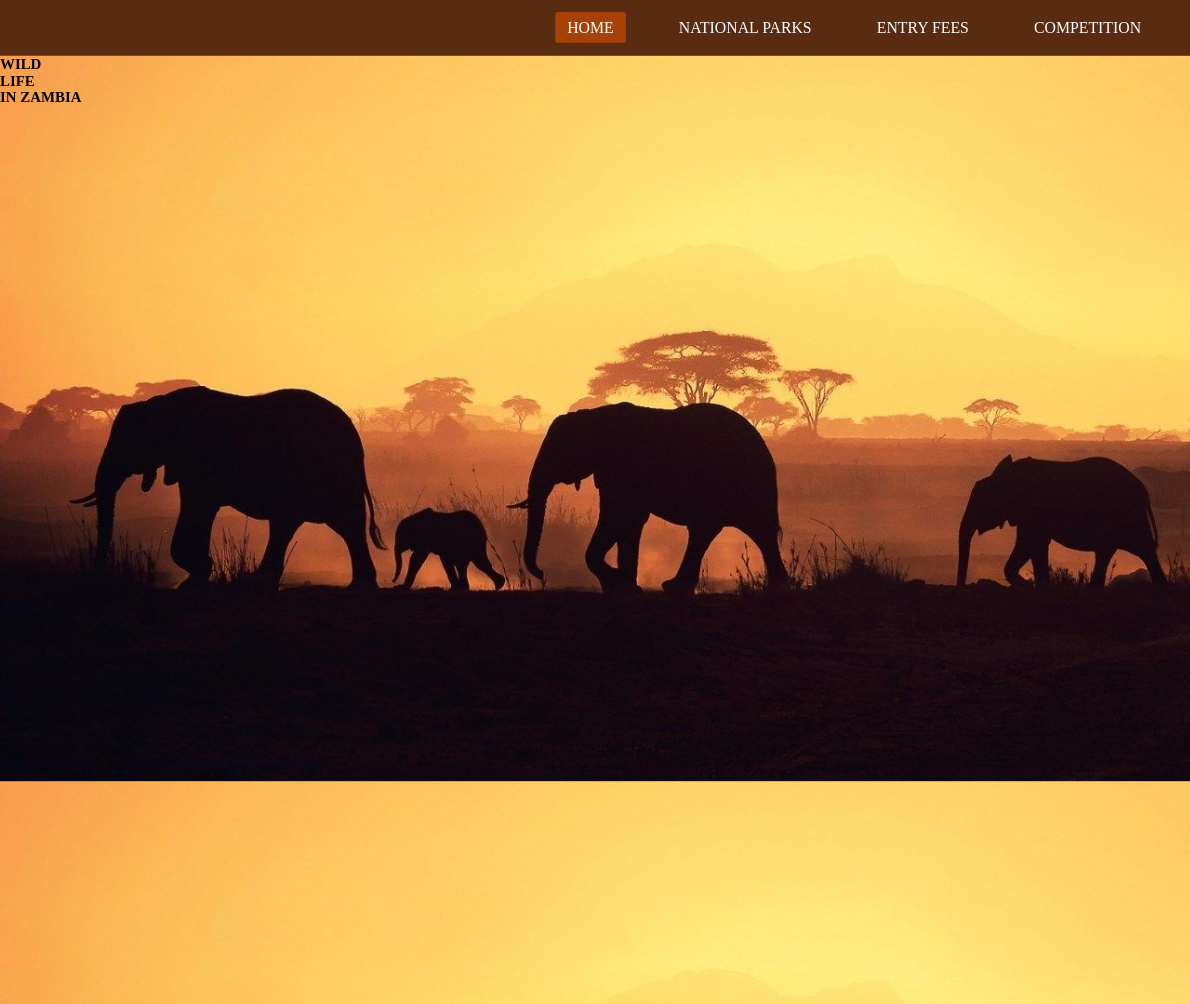
Repository: Lungdjos/web_assignment_3rd_yr
Page: home/index.html
The author's editor kept a copy of each file at every save. The page is drawn from the files as they stood at one save, then again after the next save.
The browser window is 1280 px wide. The pictures show the whole page, at 93% of full size.
Some web libraries are served in a nearby version.

Above is the page before, as saved 2021-06-18 15:09:00.

### home/index.html
<!DOCTYPE html>
<html lang="en">

<head>
    <meta charset="UTF-8">
    <meta http-equiv="X-UA-Compatible" content="IE=edge">
    <meta name="viewport" content="width=device-width, initial-scale=1.0">
    <link rel="stylesheet" href="index.css">


    <title>Home</title>
    <script src="https://kit.fontawesome.com/a076d05399.js"></script>
</head>

<body>
    <nav>
        <input type="checkbox" id="check">
        <label for="check" class="checkbtn">
            <i class="fas fa-bars"></i>
        </label>
        <label class="logo">  </label>

        <ul>
            <li><a class="active" href="#">Home</a></li>
            <li><a class="dropdown" href="#">National Parks</a>
                <ul class="drop">
                    <li>
                        <a href="/national parks/lower_zambezi/Lower_Zambezi.html">Lower Zambezi</a>
                    </li>
                    <li>
                        <a href="/national parks/mosi-oa-tunia/Mosi-oa-Tunya.html">Mosi oa Tunia</a>
                    </li>
                    <li>
                        <a href="/national parks/south_luangwa/South_Luangwa.html">South Luangwa</a>
                    </li>
                    <li>
                        <a href="/national parks/north_luangwa/North_Luangwa.html">North Luangwa</a>
                    </li>
                </ul>
            </li>
            <li><a href="/entry fee/entry_fee.html">Entry Fees</a></li>
            <li><a href="/competition/competition.html">Competition</a></li>

        </ul>
    </nav>
    <div>
        <section>
            <div>
                <p class="welcome">
                    <strong id="01">WILD</strong><br>
                    <strong id="02">LIFE</strong><br>
                    <strong id="03">IN ZAMBIA</strong>
                </p>
            </div>
            <div>
                <p></p>
            </div>

        </section>
    </div>


</body>

</html>

### home/index.css
    * {
        padding: 0;
        margin: 0;
        text-decoration: none;
        box-sizing: border-box;
    }

    body {
        font-family: montserrat;
    }

    nav {
        background: #592C12;
        height: 60px;
        width: 100%;
    }

    label.logo {
        color: white;
        font-size: 35;
        line-height: 60px;
        padding: 0 100px;
        font-weight: bold;
    }

    nav ul {
        float: right;
        margin-right: 20px;
    }

    nav ul li {
        display: inline-block;
        line-height: 60px;
        margin: 0 20px;
    }

    nav ul li a {
        color: white;
        font-size: 17px;
        padding: 7px 13px;
        border-radius: 3px;
        text-transform: uppercase;
    }

    a.active,
    a:hover {
        background: #A64208;
        transition: 0.5s;
    }

    .checkbtn {
        font-size: 30px;
        color: white;
        float: right;
        line-height: 60px;
        margin-right: 40px;
        cursor: pointer;
        display: none;
    }

    #check {
        display: none;
    }

    @media (max-width: 1080px) {
        label.logo {
            font-size: 30px;
            padding-left: 50px;
        }
        nav ul li a {
            font-size: 16px;
        }
    }

    @media (max-width: 1080px) {
        .checkbtn {
            display: block;
        }
        ul {
            position: fixed;
            width: 100%;
            height: 100vh;
            background: #592C12;
            top: 80px;
            left: -100%;
            text-align: center;
            transition: all 0.5s;
        }
        nav ul li {
            display: block;
            margin: 50px 0;
            line-height: 20px;
        }
        nav ul li a {
            font-size: 20px;
            font-family: Arial, Helvetica, sans-serif;
        }
        a:hover,
        a.active {
            background: none;
            color: #F2D1B3;
        }
        #check:checked~ul {
            left: 0;
        }
    }

    section {
        background: url(/assets/images/elephants.jpg);
        background-size: no repeat;
        height: calc(150vh - 60px);
    }
    /**New Content Added*/

    nav ul li ul a {
        display: block;
        padding: 0 15px;
        color: white;
        text-decoration: none;
    }

    nav ul li:hover>ul {
        display: block;
    }

    nav ul ul {
        position: absolute;
        top: 30px;
        list-style-type: none;
        line-height: 60px;
    }

    nav ul ul li {
        display: none;
    }

    nav ul ul a {
        width: 100%;
        float: none;
        display: list-item;
        position: relative;
    }

    nav ul ul li a {
        display: list-item;
        list-style-type: none;
        position: inherit;
    }
    /**Wild Life Formatting*/

    strong#01 {
        font-size: 100px;
        font-family: Arial, Helvetica, sans-serif;
    }

    strong#02 {
        margin-left: 100px;
    }

After the next save:
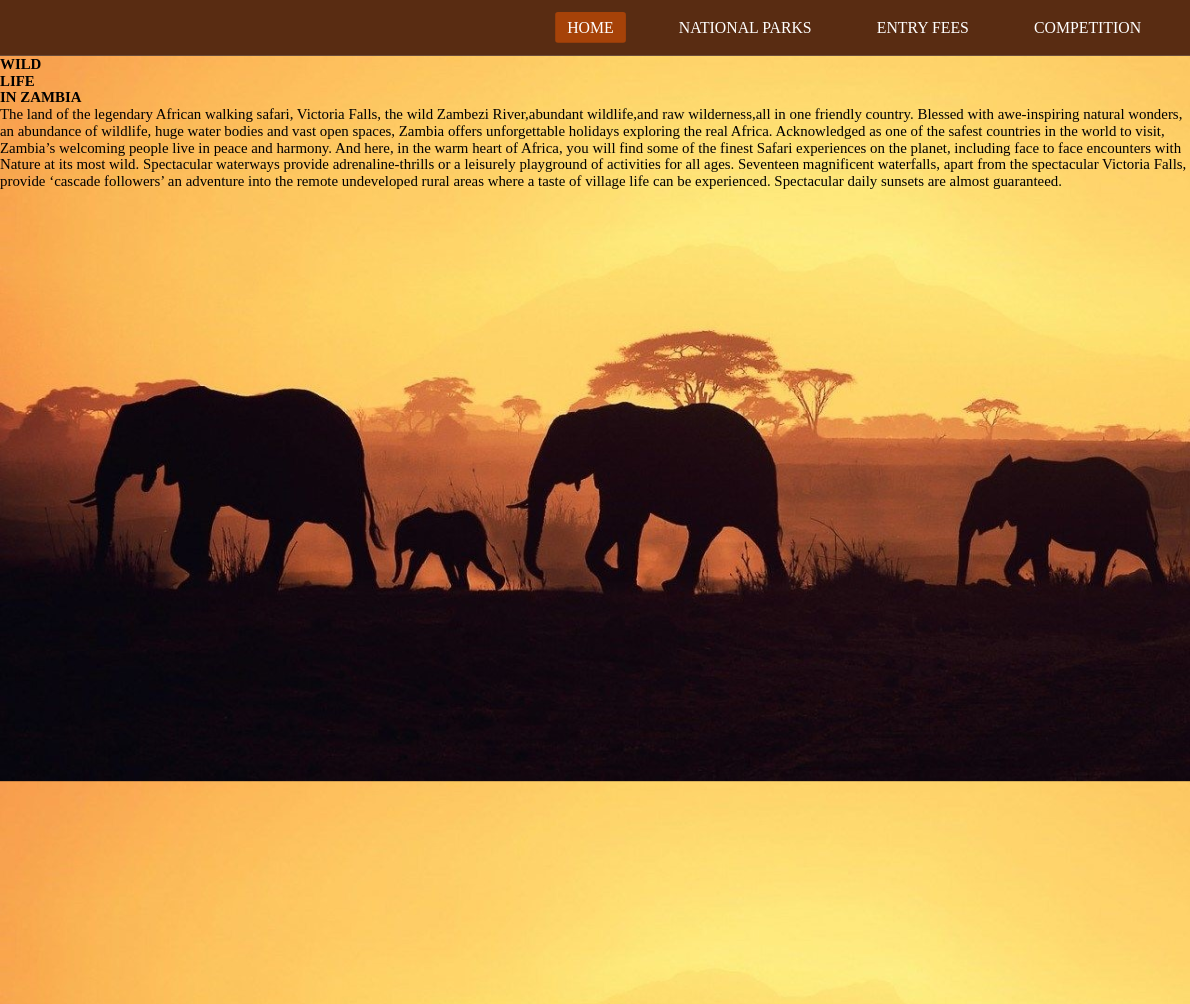
Saved 4 s later.
--- a/home/index.html
+++ b/home/index.html
@@ -53,7 +53,11 @@
                 </p>
             </div>
             <div>
-                <p></p>
+                <p>The land of the legendary African walking safari, Victoria Falls, the wild Zambezi River,abundant wildlife,and raw wilderness,all in one friendly country. Blessed with awe-inspiring natural wonders, an abundance of wildlife, huge water
+                    bodies and vast open spaces, Zambia offers unforgettable holidays exploring the real Africa. Acknowledged as one of the safest countries in the world to visit, Zambia’s welcoming people live in peace and harmony. And here, in the warm
+                    heart of Africa, you will find some of the finest Safari experiences on the planet, including face to face encounters with Nature at its most wild. Spectacular waterways provide adrenaline-thrills or a leisurely playground of activities
+                    for all ages. Seventeen magnificent waterfalls, apart from the spectacular Victoria Falls, provide ‘cascade followers’ an adventure into the remote undeveloped rural areas where a taste of village life can be experienced. Spectacular
+                    daily sunsets are almost guaranteed.</p>
             </div>
 
         </section>
